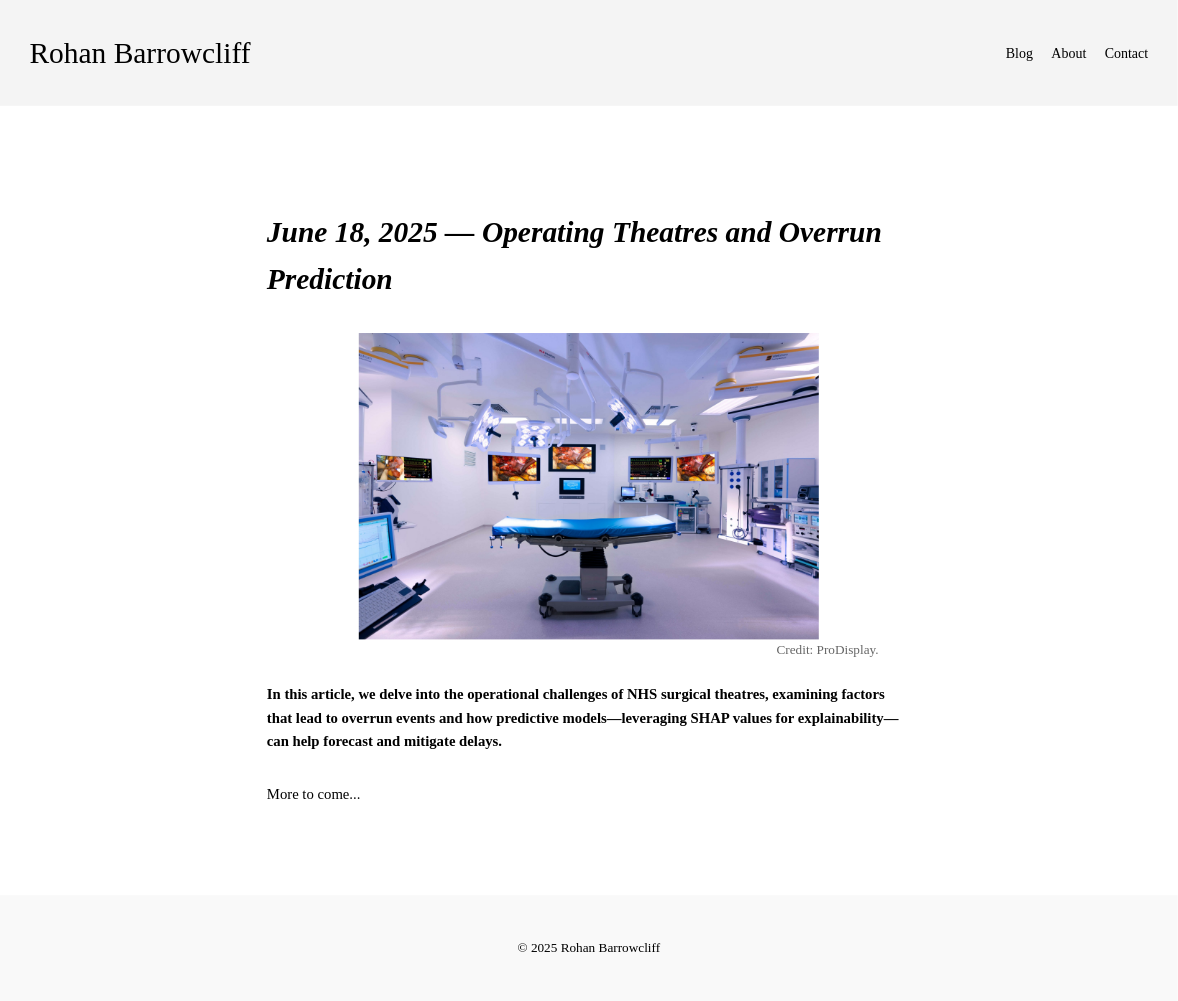
Repository: rgbweston/rgbweston.github.io
Page: operating-theatres-overrun-prediction.html
An editor plug-in stored every save of this project. The page is shown before and after the next save, followed by the edit.
The browser window is 1280 px wide. The pictures show the whole page, at 92% of full size.

Above is the page before, as saved 2025-06-26 18:31:43.

After the next save:
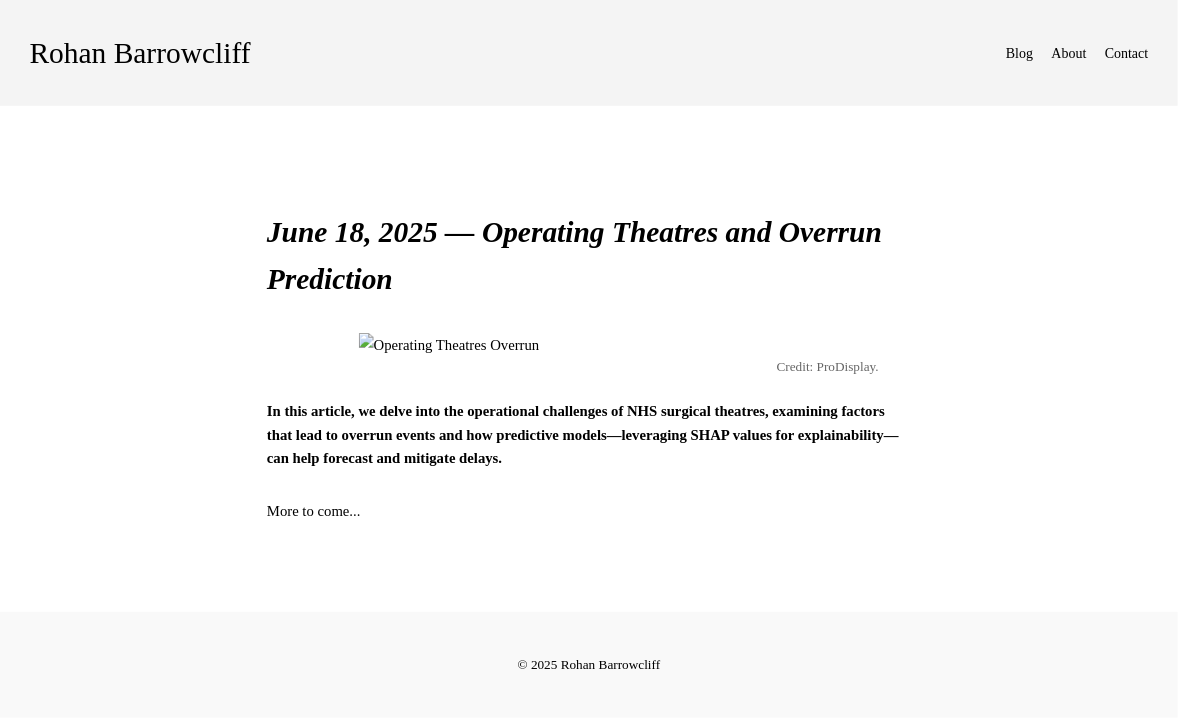
Not found: theatre_room.jpeg
Saved 84 s later.
--- a/operating-theatres-overrun-prediction.html
+++ b/operating-theatres-overrun-prediction.html
@@ -39,7 +39,7 @@
         June 18, 2025 — Operating Theatres and Overrun Prediction
       </h1>
 
-      <img src="theatre_room.jpg"
+      <img src="theatre_room.jpeg"
            alt="Operating Theatres Overrun"
            class="post-image large article-image" />
       <p class="image-caption">Credit: ProDisplay.</p>
